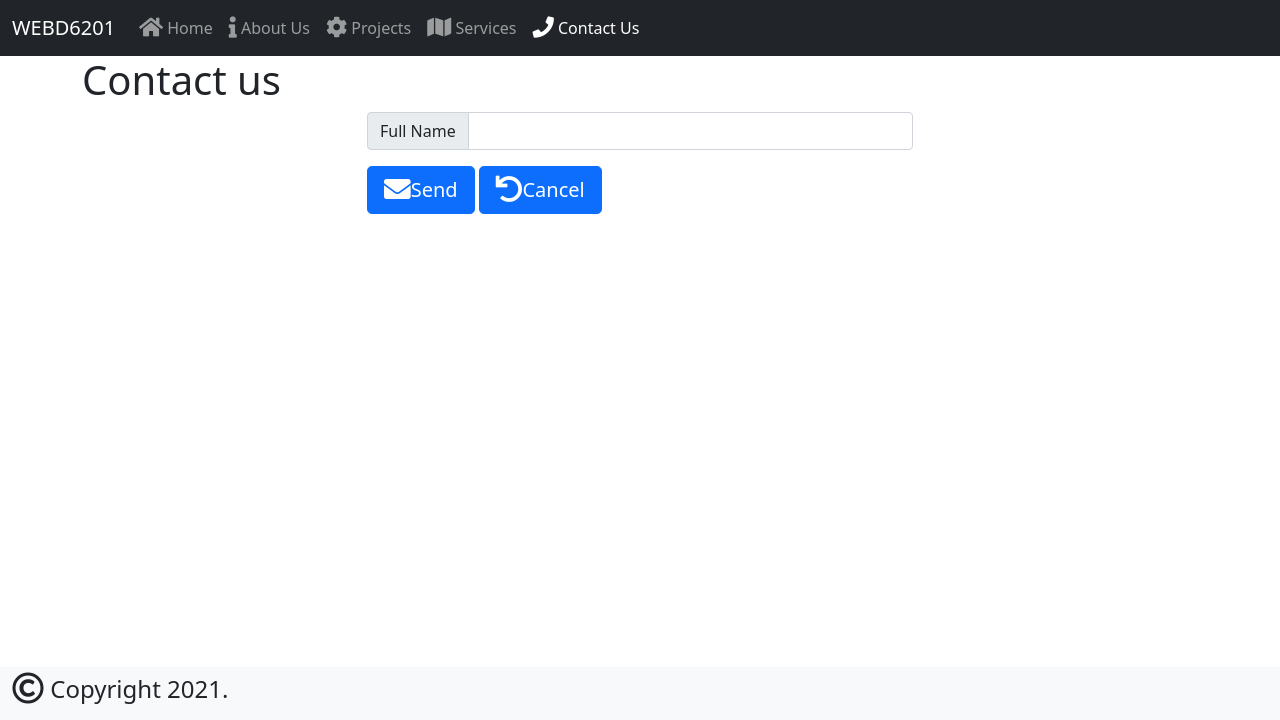
Repository: aphim/Webd6201-wk3
Page: contact.html
These files come from the project's save history. The page is drawn as it stood at one moment and after the next save; the edit follows.
The browser window is 1280 px wide. The pictures show the whole page.

Above is the page before, as saved 2021-01-21 09:31:39.

### contact.html
<!DOCTYPE html>
<html lang="en">
<head>
    <meta charset="UTF-8">
    <meta name="viewport" content="width=device-width, initial-scale=1.0">
    <title>Contact</title>
    <!-- CSS Section -->
    <link rel="stylesheet" href="./node_modules/bootstrap/dist/css/bootstrap.min.css">
    <link rel="stylesheet" href="./node_modules/@fortawesome/fontawesome-free/css/all.min.css">
    <link rel="stylesheet" href="./Content/app.css">
</head>
<body>
  <!-- Main Header-->
    <header>
      <!-- Main navigation-->
        <nav class="navbar navbar-expand-lg navbar-dark bg-dark">
            <div class="container-fluid">
              <a class="navbar-brand" href="index.html">WEBD6201</a>
              <button class="navbar-toggler" type="button" data-bs-toggle="collapse" data-bs-target="#navbarSupportedContent" aria-controls="navbarSupportedContent" aria-expanded="false" aria-label="Toggle navigation">
                <span class="navbar-toggler-icon"></span>
              </button>
              <div class="collapse navbar-collapse" id="navbarSupportedContent">
                <ul class="navbar-nav me-auto mb-2 mb-lg-0">
                  <li class="nav-item">
                    <a class="nav-link" aria-current="page" href="index.html"><i class="fas fa-home fa-lg"></i> Home</a>
                  </li>

                  <li class="nav-item">
                    <a class="nav-link" aria-current="page" href="about.html"><i class="fas fa-info fa-lg"></i> About Us</a>
                  </li>

                  <li class="nav-item">
                    <a class="nav-link" aria-current="page" href="projects.html"><i class="fas fa-cog fa-lg"></i> Projects</a>
                  </li>

                  <li class="nav-item">
                    <a class="nav-link" aria-current="page" href="services.html"><i class="fas fa-map fa-lg"></i> Services</a>
                  </li>

                  <li class="nav-item">
                    <a class="nav-link active" aria-current="page" href="contact.html"><i class="fas fa-phone fa-lg"></i> Contact Us</a>
                  </li>
                </ul>
              </div>
            </div>
          </nav>
    </header>

<!--Main Content-->
    <main class="container">
        <h1>Contact us</h1>

<div class="row justify-content-lg-center">
  <form class="col-lg-6 col-md-10 col-sm-10">

    <div class="input-group mb-3">
      <label class="input-group-text" id="inputGroup-sizing-defualt">Full Name</label>
      <input id="fullName" type="text" class="form-control" id="Full Name" aria-describedby="Full Name Input"
      name="fullName" required>
    </div>

    <button type="submit" class="btn btn-primary btn-lg"><i class="fas fa-envelope fa-lg"></i>Send</button>
    <button type="reset" class="btn btn-primary btn-lg"><i class="fas fa-undo fa-lg"></i>Cancel</button>
  </form>
</div>
    </main>

    <!-- Main footer-->
    <footer>
        <nav class="navbar fixed-bottom navbar-light bg-light">
            <div class="container-fluid">
              <h4><i class="far fa-copyright fa-lg"></i> Copyright 2021.</h4>
            </div>
          </nav>
    </footer>

    <!-- Script Section-->
    <script src="./node_modules/jquery/dist/jquery.min.js"></script>
    <script src="./node_modules/bootstrap/dist/js/bootstrap.bundle.min.js"></script>
    <script src="./Scripts/app.js"></script>
</body>
</html>

### Scripts/app.js
/* custom JavaScript goes here */

//IIFE - Immediately Invoked Function Expression
//AKA - Anonymous Self-Executing Function
//Closure - limits scope leak

"use strict";

(function()
{
function displayHome()
{

        let paragraphOneText = "This is a simple site to demonstrate DOM Manipulation for ICE 1";

        //Different ways to select a paragraph element "paragraph one"
        let paragraphOneElement = document.getElementById("paragraphOne");

        //let paragraphOneParagraph = document.getElementsByTagName("p")[0];
        //let paragraphOneQuery = document.querySelector("p");
        //console.log(paragraphOneElement);
        //console.log(paragraphOneParagraph);
        //console.log(paragraphOneQuery);

        paragraphOneElement.textContent = paragraphOneText;
        paragraphOneElement.className = "fs-5";

        // step 1. Create an element
        let newParagraph = document.createElement("p");
        //step 2. configure element
        newParagraph.setAttribute("id", "paragraphTwo");
        newParagraph.textContent = "...And this is paragraph two";
        //Step 3. select the parent element
        let mainContent = document.getElementsByTagName("main")[0];
        //step 4. Add/insert the element
        mainContent.appendChild(newParagraph);

        newParagraph.className = "fs-6";

        //////another way to add an element ///////
        //let paragraphThree =`<p class="fs-7 fw-bold">And this is the Third Paragraph</p>`;
        //mainContent.innerHTML = paragraphThree;

        let paragraphDiv = document.createElement("div");
        let paragraphThree = `<p id="paragraphThree" class="fs-7 fw-bold">And this is the third paragraph</p>`
        paragraphDiv.innerHTML = paragraphThree;

        //insertion before a node
        //newParagraph.before(paragraphDiv);
        newParagraph.after(paragraphDiv);

        //deletions
        //paragraphOneElement.remove();
        mainContent.removeChild(paragraphOneElement);

        //Update / modification of an element
        //mainContent.firstElementChild.textContent = "Welcome Home!";

        mainContent.innerHTML =
        `<h1 id="firstHeading">Welcome to WEBD6201 - Lab 1</h1>
        <p id="paragraphOne" class="fs-3 fw-bold">This is my first paragraph</p>`

}
function displayAbout()
{

}
function displayProjects()
{

}
function displayServices()
{

}
function displayContact()
{

}




    function Start()
    {
        console.log("App Started...");

        switch(document.title)
        {
            case "Home":
                displayHome();
                break;
            case "About":
                displayAbout();
                break;
            case "Projects":
                displayProjects();
                break;
            case "Services":
                displayServices();
                break;
            case "Contact":
                displayContact();
                break;
        }

    }



    window.addEventListener("load", Start);

})();

Loaded but not shown: node_modules/bootstrap/dist/css/bootstrap.min.css (library); node_modules/@fortawesome/fontawesome-free/css/all.min.css (library); Content/app.css (common file); node_modules/jquery/dist/jquery.min.js (library); node_modules/bootstrap/dist/js/bootstrap.bundle.min.js (library)

After the next save:
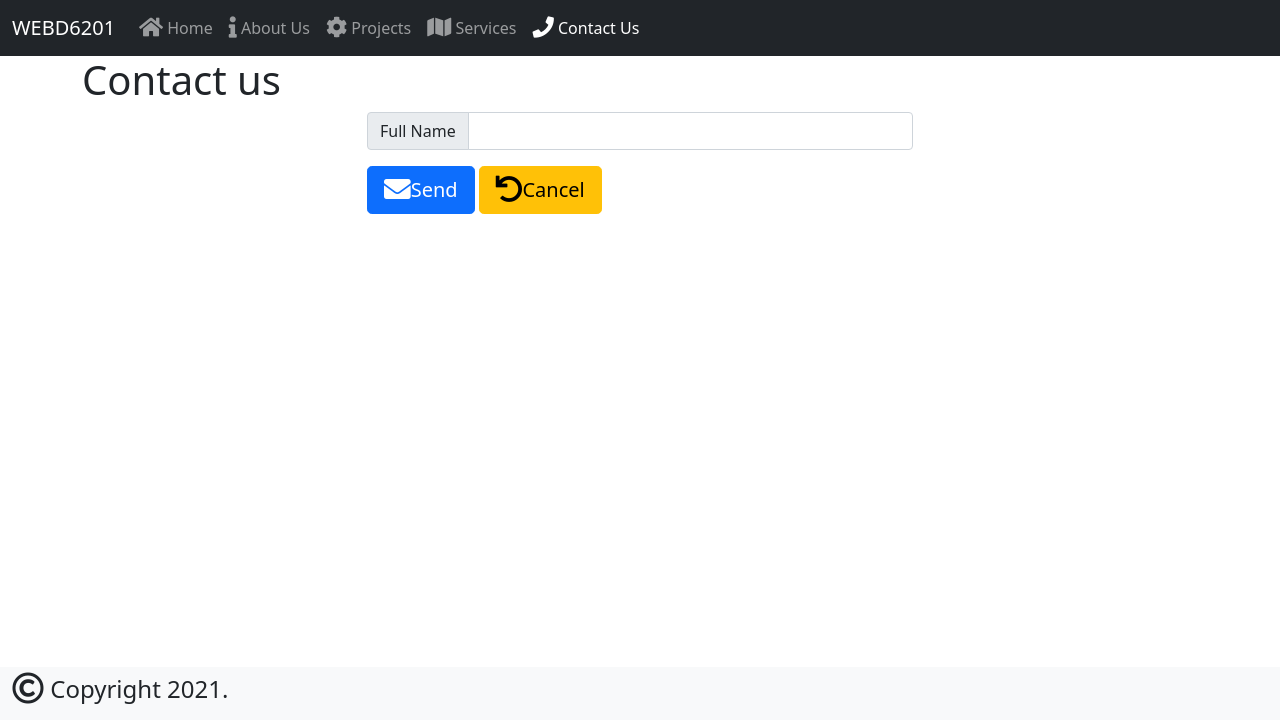
Saved 18 s later.
--- a/contact.html
+++ b/contact.html
@@ -60,7 +60,7 @@
     </div>
 
     <button type="submit" class="btn btn-primary btn-lg"><i class="fas fa-envelope fa-lg"></i>Send</button>
-    <button type="reset" class="btn btn-primary btn-lg"><i class="fas fa-undo fa-lg"></i>Cancel</button>
+    <button type="reset" class="btn btn-warning btn-lg"><i class="fas fa-undo fa-lg"></i>Cancel</button>
   </form>
 </div>
     </main>
